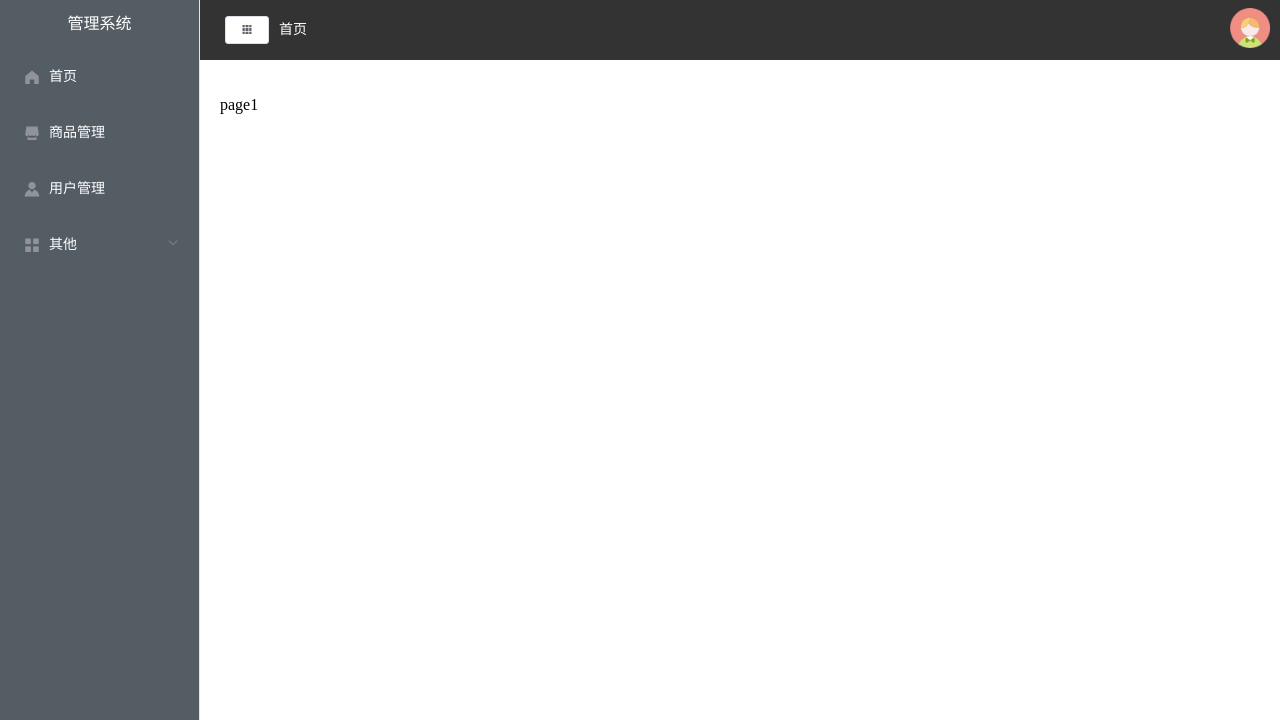
Repository: tkqi/manage
Page: /#/page1
These files come from the project's save history. The page is drawn as it stood at one moment and after the next save; the edit follows.
The browser window is 1280 px wide. The pictures show the whole page.
The project was rebuilt for these pictures with package versions that can differ from the ones it lists, and the page was loaded fresh each time. Also part of the build but not shown: vue.config.js.

Above is the page before, as saved 2023-12-01 16:13:23.

After the next save:
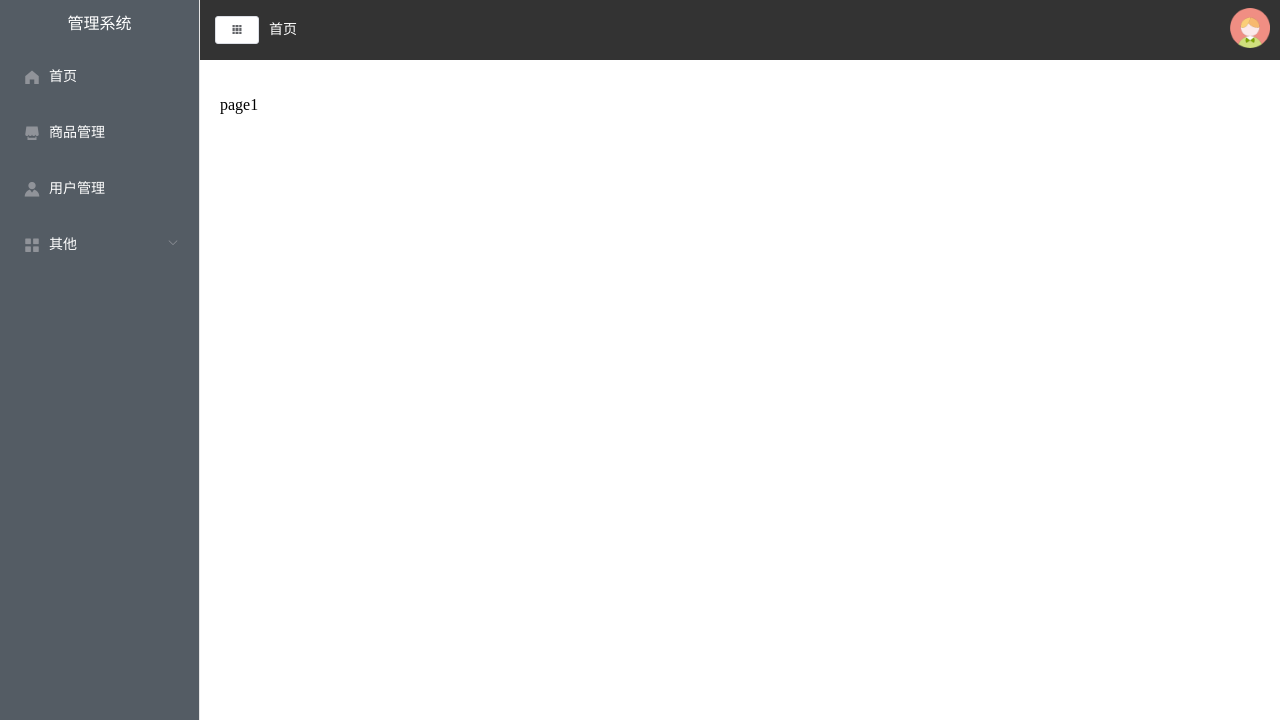
Saved 14 s later.
--- a/src/components/topbar.vue
+++ b/src/components/topbar.vue
@@ -36,13 +36,13 @@ export default {
     display: flex;
     justify-content: space-between;
     align-items: center;
-    padding-left: 10px;
+    padding-left: 15px;
     padding-right: 10px;
 }
 
-.l-content {
-    padding-left: 15px;
-}
+// .l-content {
+//     padding-left: 15px;
+// }
 
 .r-content {}
 
